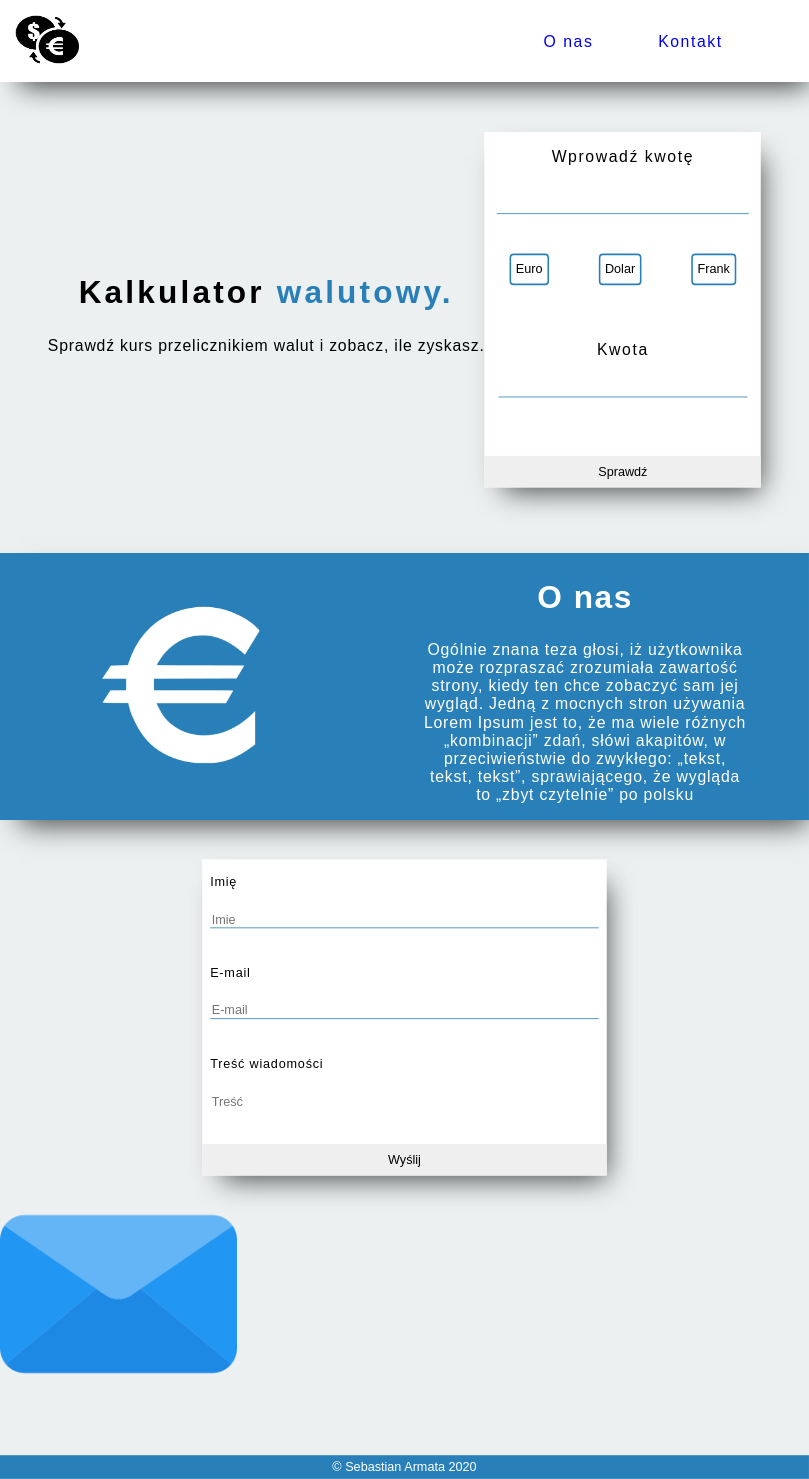
Repository: SebastianArmata22/Kalkulator-walut
Page: index.html
The author's editor kept a copy of each file at every save. The page is drawn from the files as they stood at one save, then again after the next save.
The browser window is 1024 px wide. The pictures show the whole page, at 79% of full size.

Above is the page before, as saved 2020-10-28 13:02:26.

After the next save:
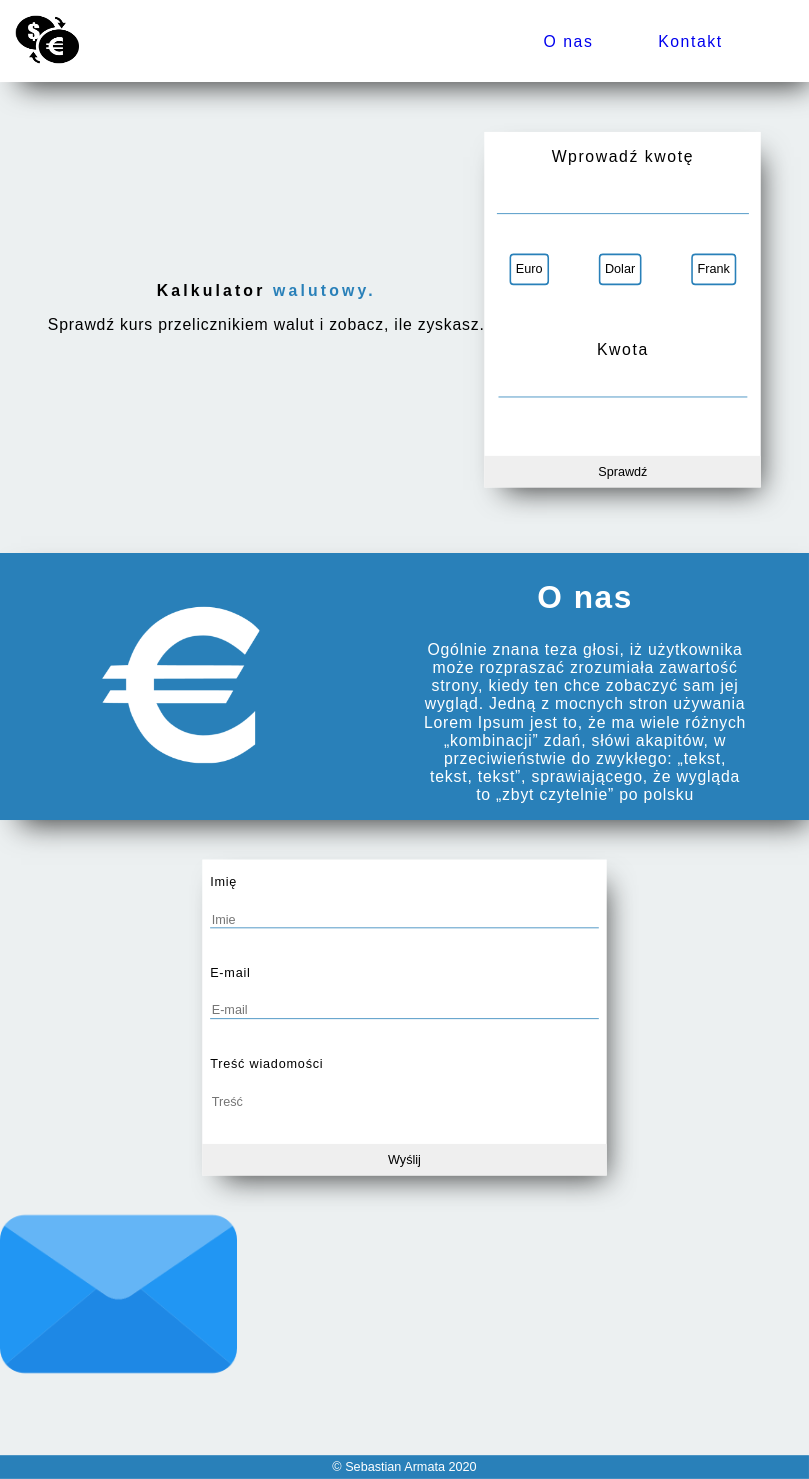
Saved 2 min 25 s later.
--- a/style.css
+++ b/style.css
@@ -260,7 +260,7 @@
 
 }
 .text h1{
-   font-size: 20px;
+   font-size: 20px !important;
 }
 .about-us{
     flex-direction: row;

After the save that followed:
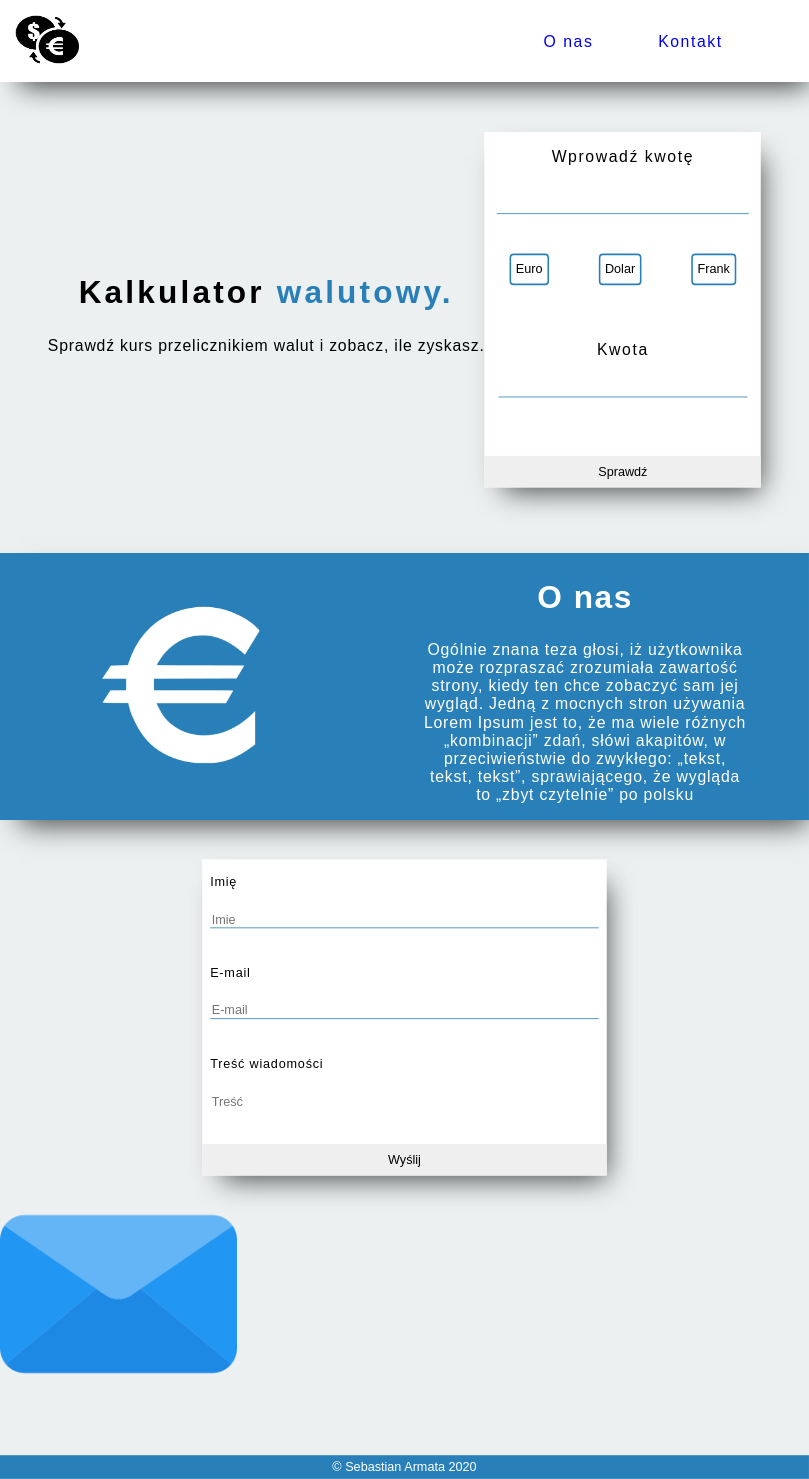
Saved 5 s later.
--- a/style.css
+++ b/style.css
@@ -260,7 +260,7 @@
 
 }
 .text h1{
-   font-size: 20px !important;
+   font-size: 40px !important;
 }
 .about-us{
     flex-direction: row;
